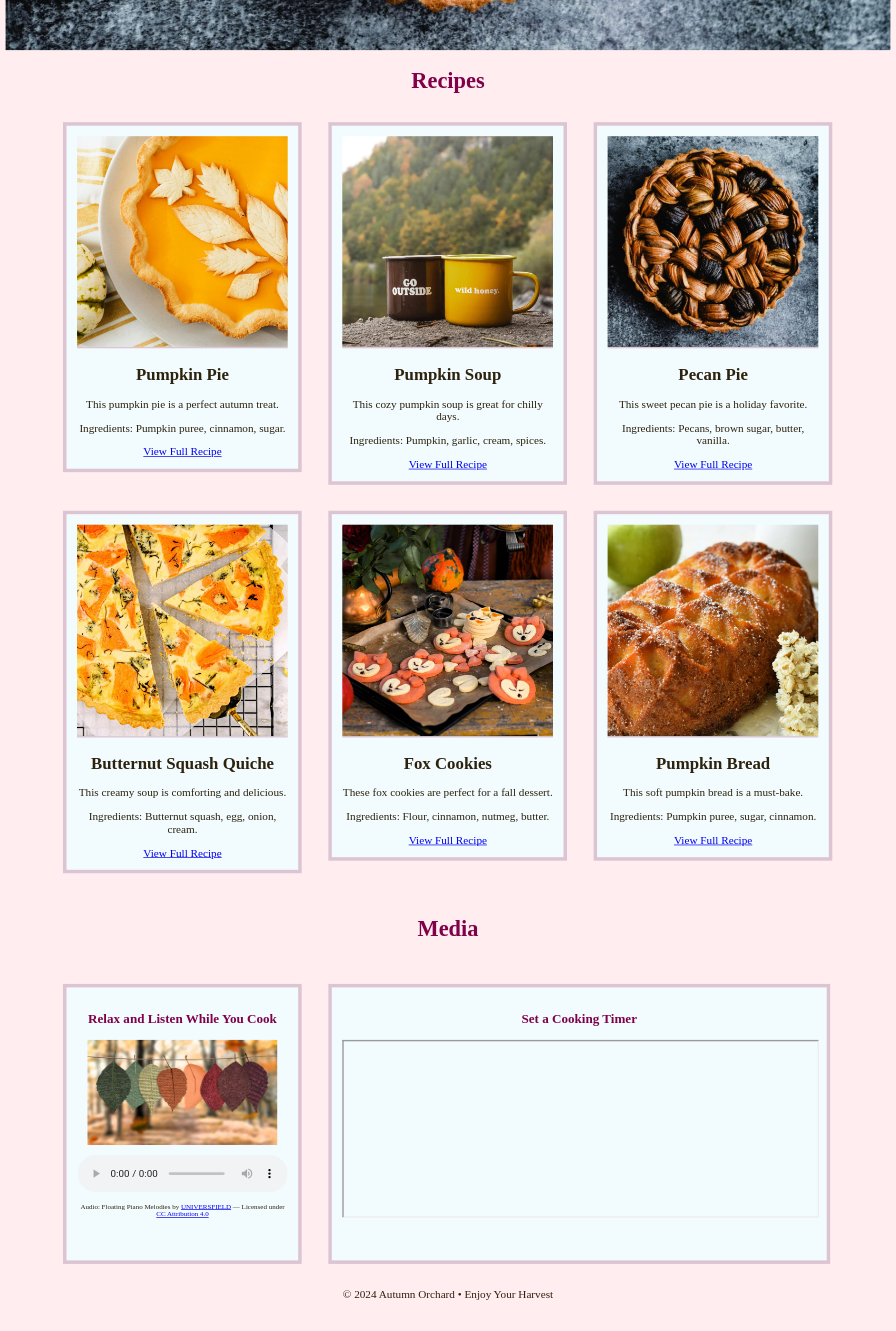
Repository: Brittany-Westlund/MART341-WebDesign
Page: WebDesignHomework/Assignment8/recipes.html
An editor plug-in stored every save of this project. The page is shown before and after the next save, followed by the edit.
The browser window is 1280 px wide. The pictures show the part of the page from y = 852 to 2772 px (the page is 2754 px tall before and 2772 px after), at 70% of full size.
Pictures or frames that could not be fetched are drawn as grey boxes.

Above is the page before, as saved 2024-10-13 14:57:03.

After the next save:
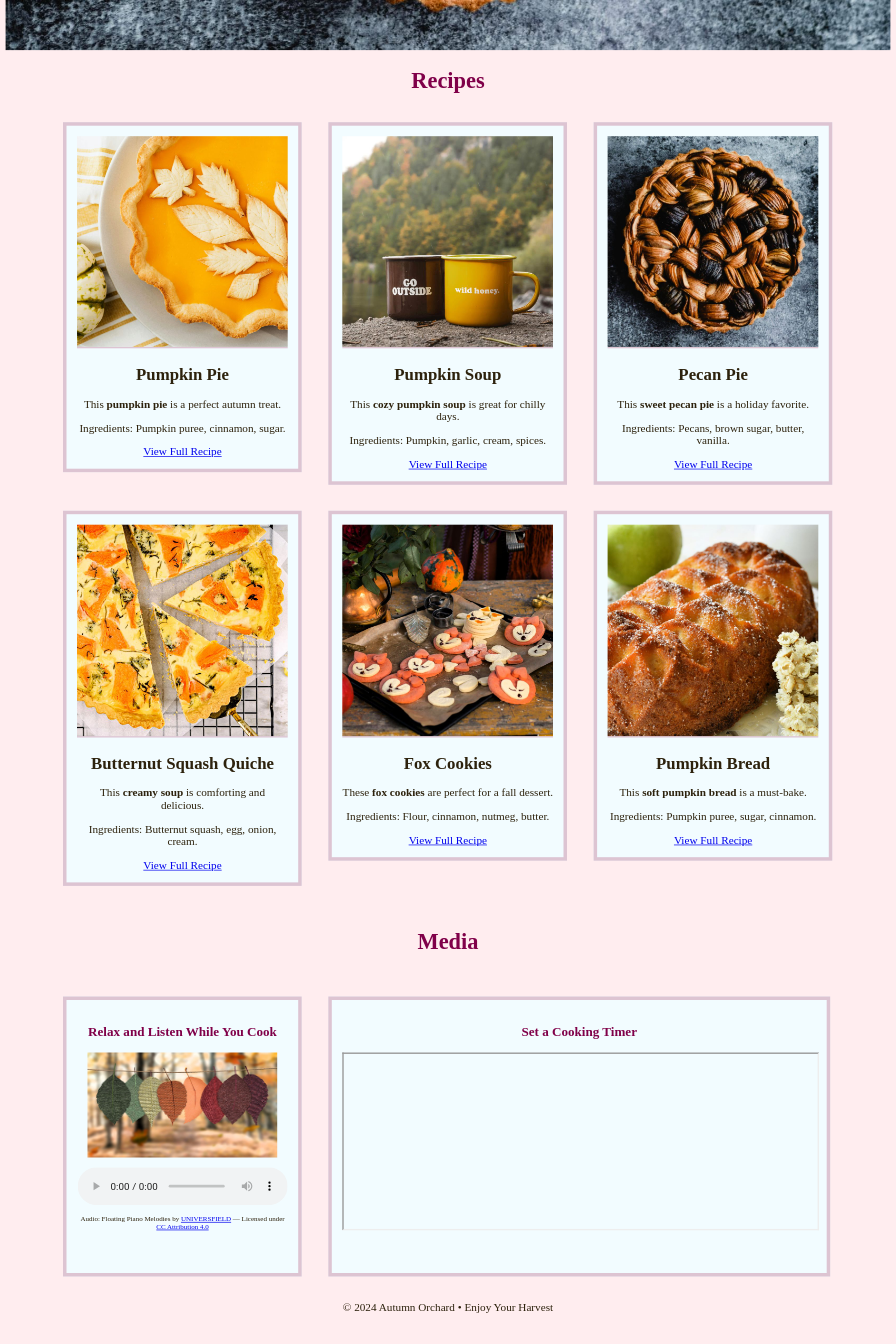
Saved 83 s later.
--- a/WebDesignHomework/Assignment8/recipes.html
+++ b/WebDesignHomework/Assignment8/recipes.html
@@ -48,6 +48,9 @@
             width: 100%; /* Makes images full width of container */
             height: auto;
             border-bottom: 2px solid rgb(221, 196, 210); /* Adds border to separate image */
+        }
+        .special-note {
+            font-weight: bold;
         }
         .clear {
             clear: both; /* Clears the float for the content that follows */
